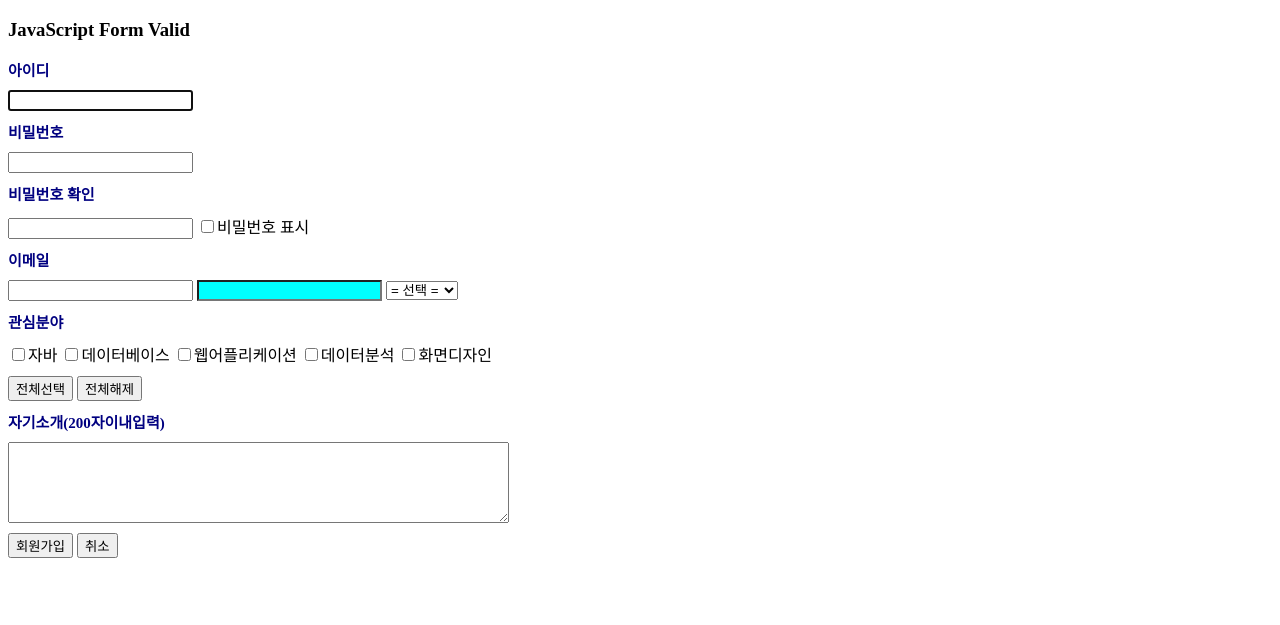
Repository: jelly02/workspace_web
Page: workspace_webui_LECTURE/08.js_form_valid/src/main/webapp/index.html
The author's editor kept a copy of each file at every save. The page is drawn from the files as they stood at one save, then again after the next save.
The browser window is 1280 px wide. The pictures show the whole page.

Above is the page before, as saved 2021-07-01 06:30:16.

After the next save:
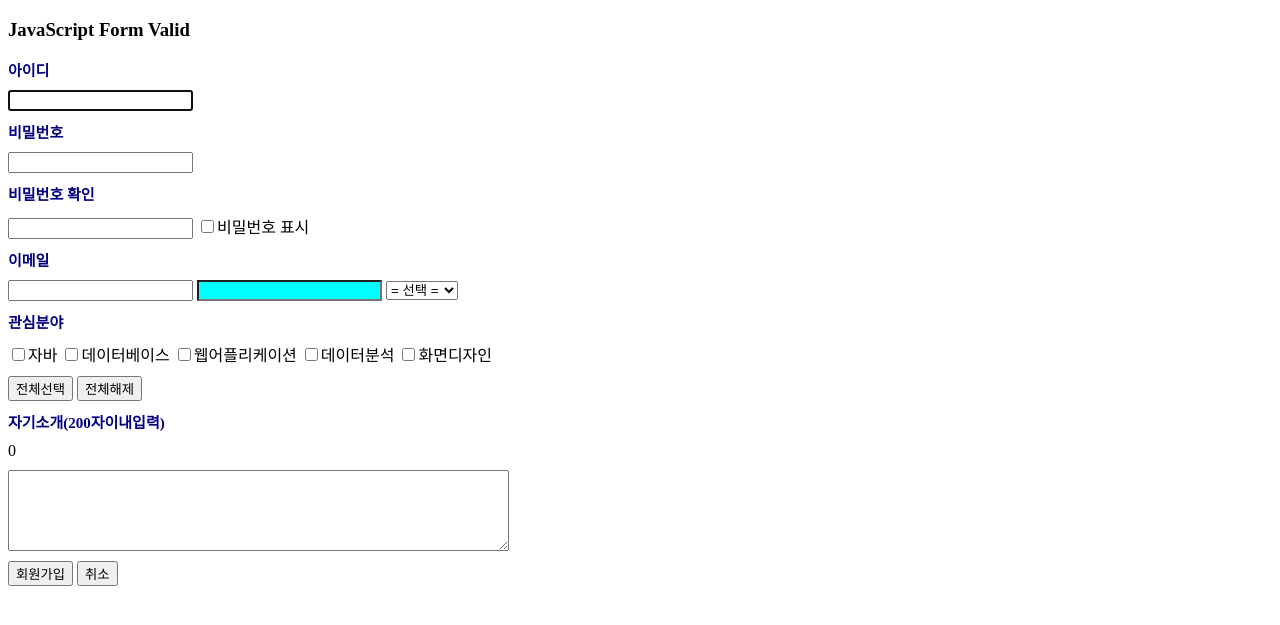
Saved 2 min 52 s later.
--- a/workspace_webui_LECTURE/08.js_form_valid/src/main/webapp/index.html
+++ b/workspace_webui_LECTURE/08.js_form_valid/src/main/webapp/index.html
@@ -294,8 +294,9 @@
 	<!-- 자기소개 -->
 	<div>
 		<div class="input_title">자기소개(200자이내입력)</div>
-		<div>
-			<textarea cols="60" rows="5" name="intro" id="intro"  maxlength="5"></textarea>
+		<div id="introLength">0</div>
+		<div>
+			<textarea cols="60" rows="5" name="intro" id="intro"></textarea>
 		</div>
 	</div>
 
